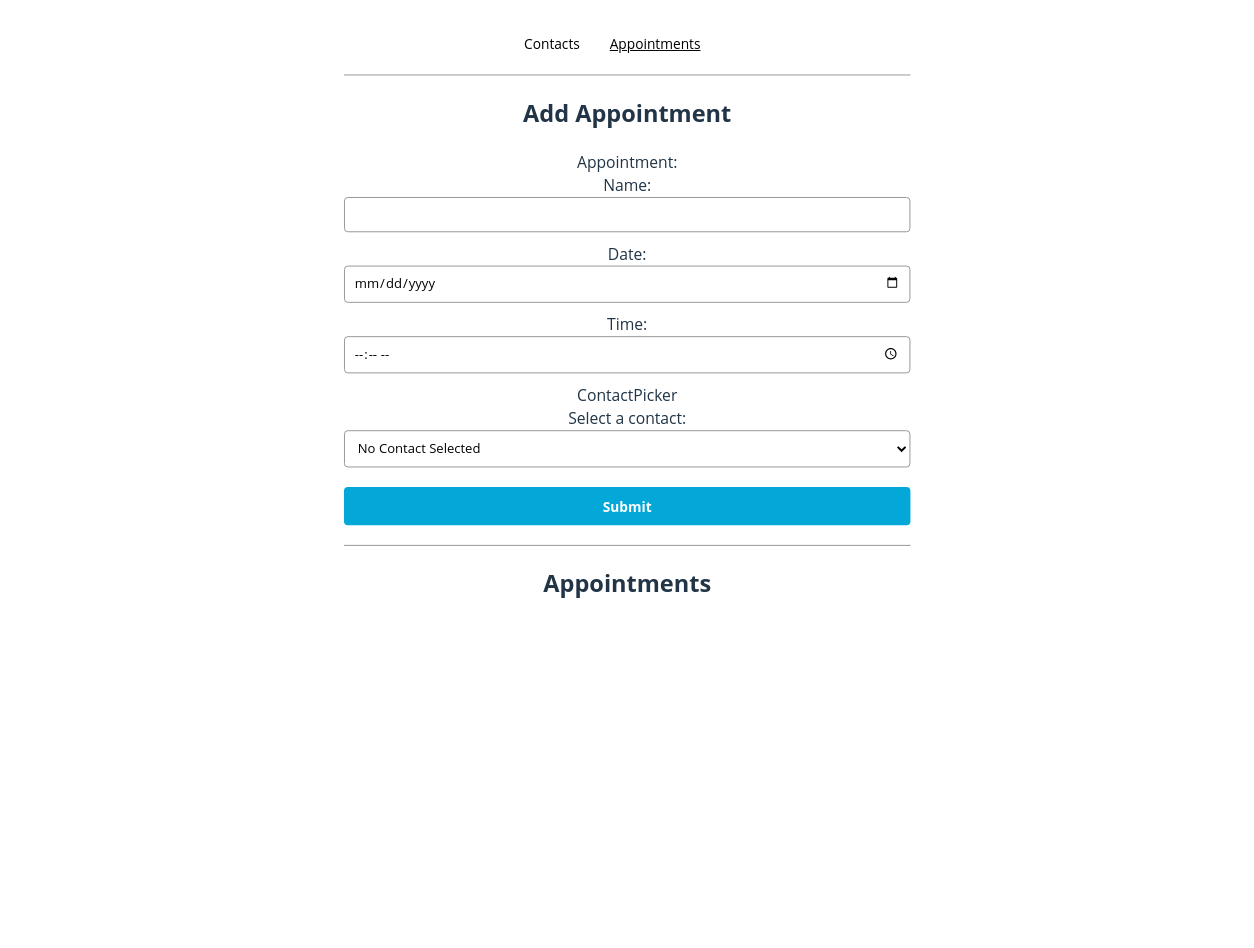
Repository: dnmyers/appointment-planner-v2.0
Page: /appointments
The author's editor kept a copy of each file at every save. The page is drawn from the files as they stood at one save, then again after the next save.
The browser window is 1280 px wide. The pictures show the whole page, at 98% of full size.
The project was rebuilt for these pictures with package versions that can differ from the ones it lists, and the page was loaded fresh each time. Also part of the build but not shown: vite.config.js, src/components/contactForm/ContactForm.jsx, src/containers/contactsPage/ContactsPage.jsx.

Above is the page before, as saved 2023-08-14 23:40:08.

After the next save:
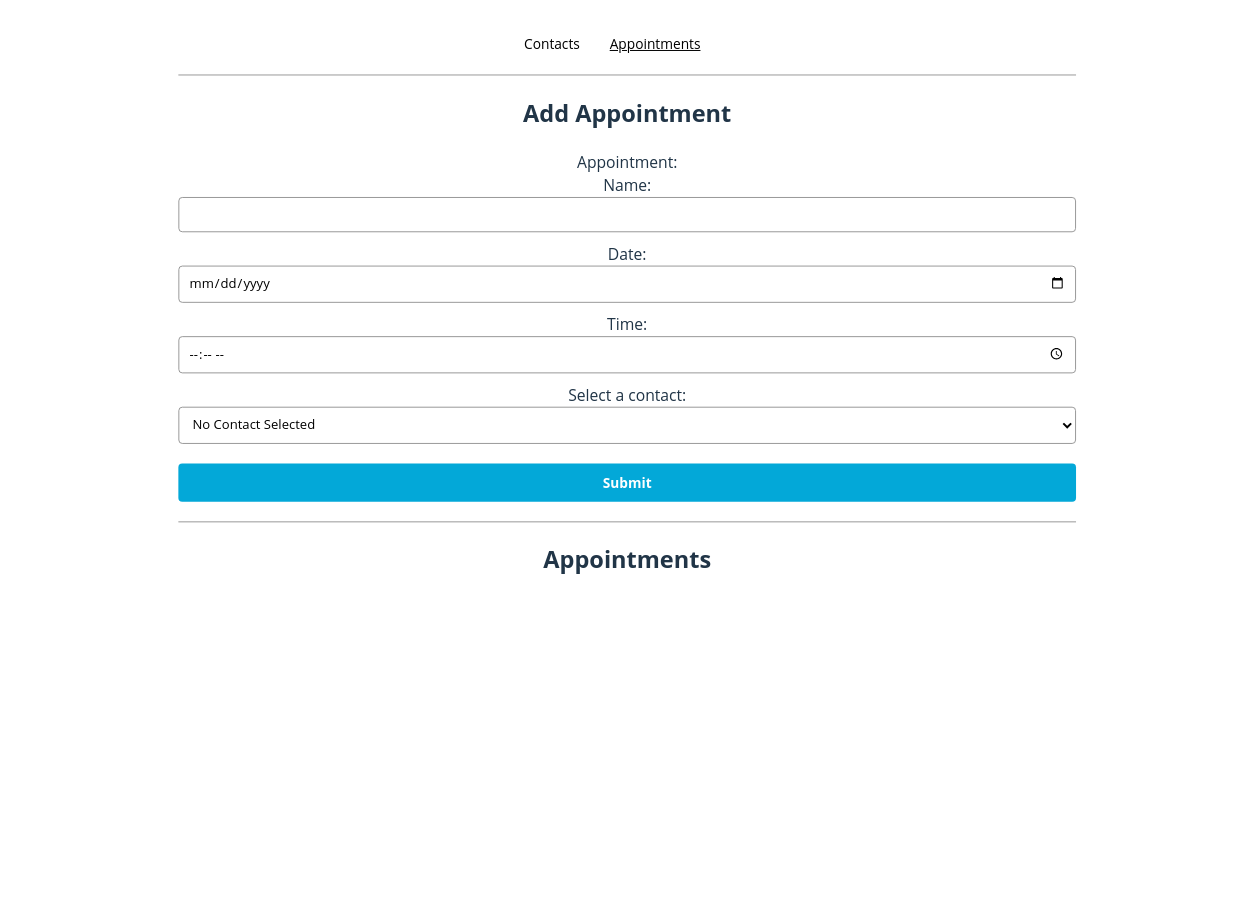
Saved 33 s later.
--- a/src/components/contactPicker/ContactPicker.jsx
+++ b/src/components/contactPicker/ContactPicker.jsx
@@ -2,7 +2,6 @@
 export const ContactPicker = ({ contacts, onChange, value, name }) => {
     return (
         <>
-            <div>ContactPicker</div>
             <label htmlFor='contact-select'>
                 Select a contact:
             </label>
